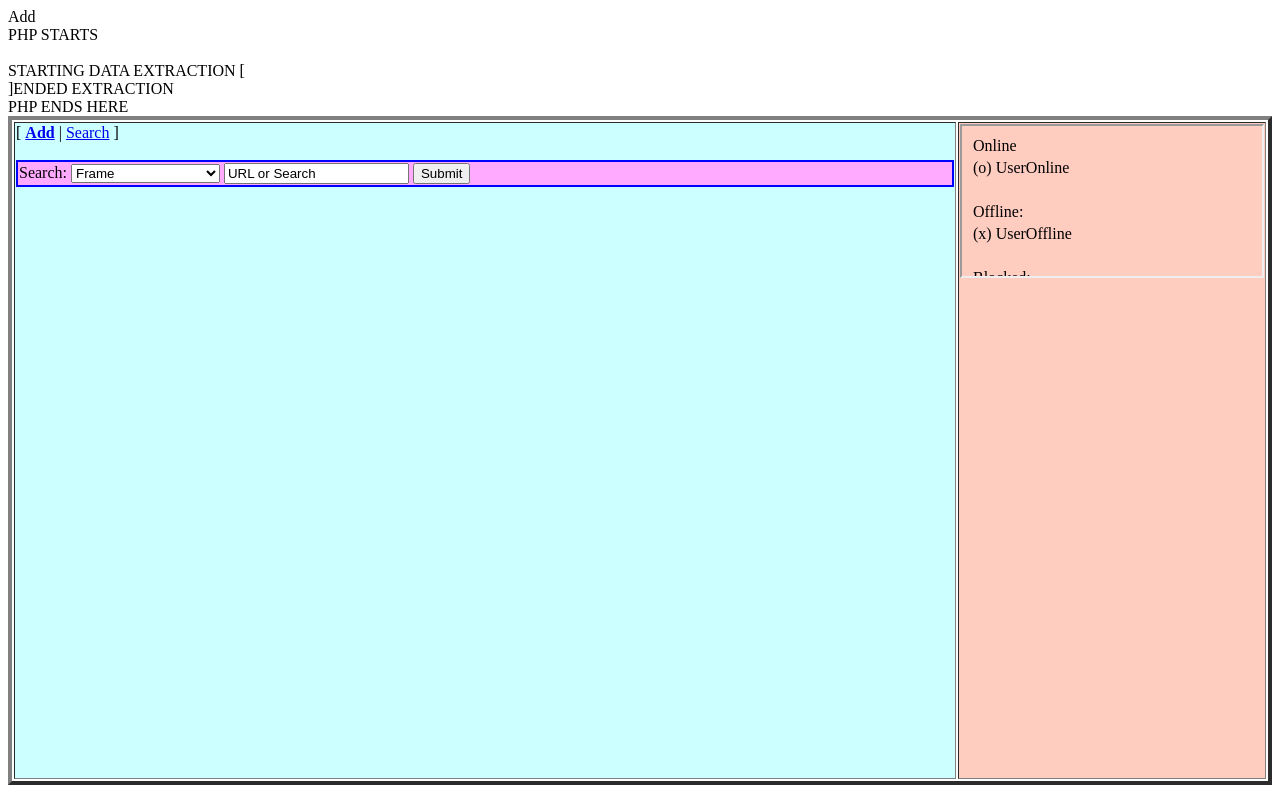
Repository: nevinleiby/SwapRC
Page: http://localhost/add_interface.php
The author's editor kept a copy of each file at every save. The page is drawn from the files as they stood at one save, then again after the next save.
The browser window is 1280 px wide. The pictures show the whole page.
The page is run by PHP 8.4 with error messages shown; the project is at /var/www/html/. Queries for data that is not in the repository find no rows.

Above is the page before, as saved 2019-09-09 01:28:35.

After the next save:
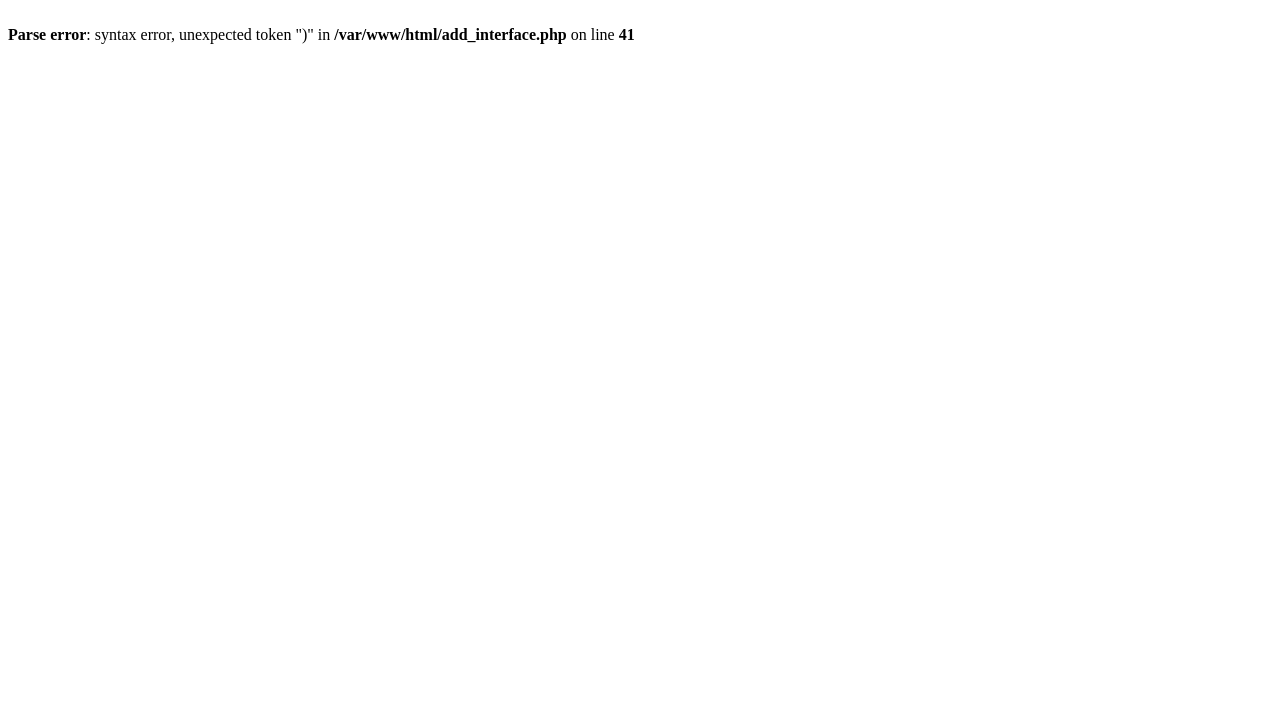
Saved 19 s later.
--- a/add_interface.php
+++ b/add_interface.php
@@ -38,9 +38,9 @@
                 for ($j = 0; $j < $rows ; ++$j)
                 {
                     $row = $result->fetch_array(MYSQLI_ASSOC);
-                    foreach ($item as $row)
+                    foreach ($row)
                     {
-                        echo $item . '<br>';
+                        echo $row . '<br>';
                     }
 
                     echo "((" . htmlspecialchars($row['frequency']) . '))<br>';

After the save that followed:
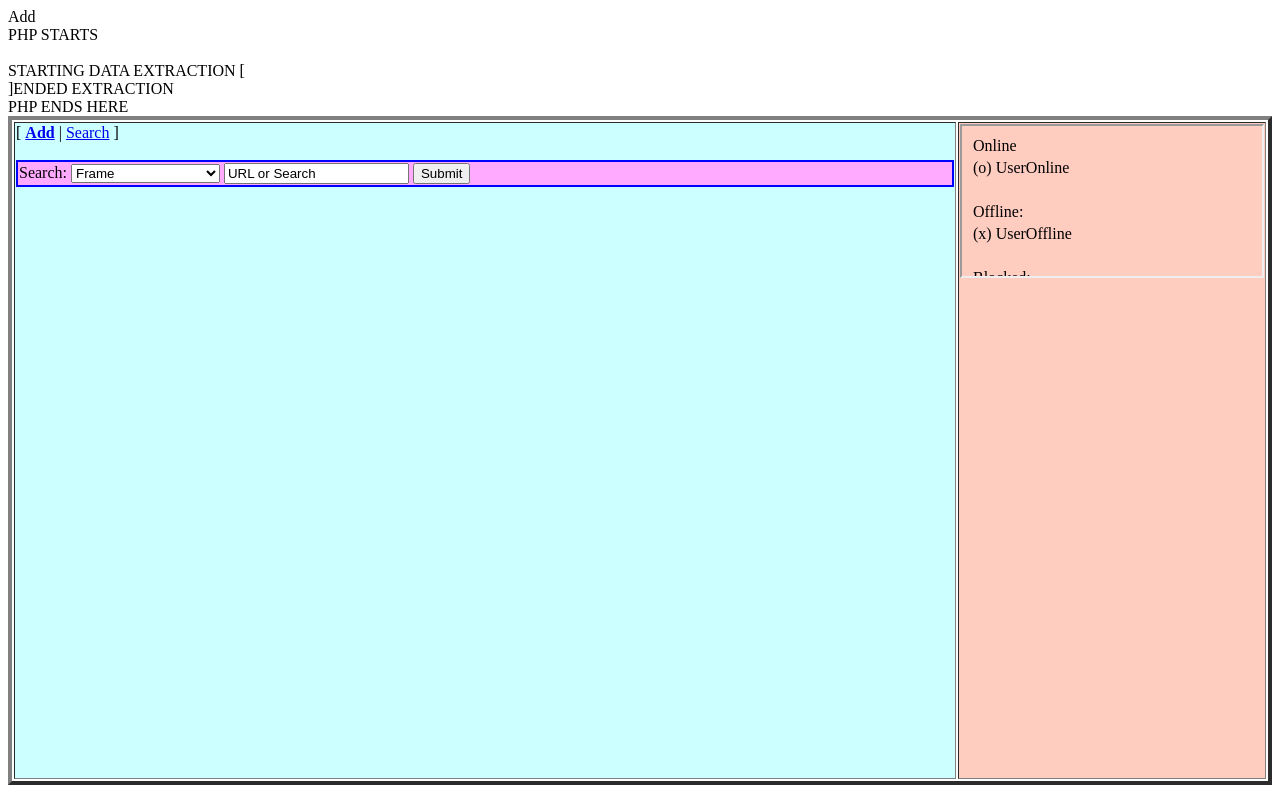
Saved 87 s later.
--- a/add_interface.php
+++ b/add_interface.php
@@ -38,10 +38,6 @@
                 for ($j = 0; $j < $rows ; ++$j)
                 {
                     $row = $result->fetch_array(MYSQLI_ASSOC);
-                    foreach ($row)
-                    {
-                        echo $row . '<br>';
-                    }
 
                     echo "((" . htmlspecialchars($row['frequency']) . '))<br>';
                 }
